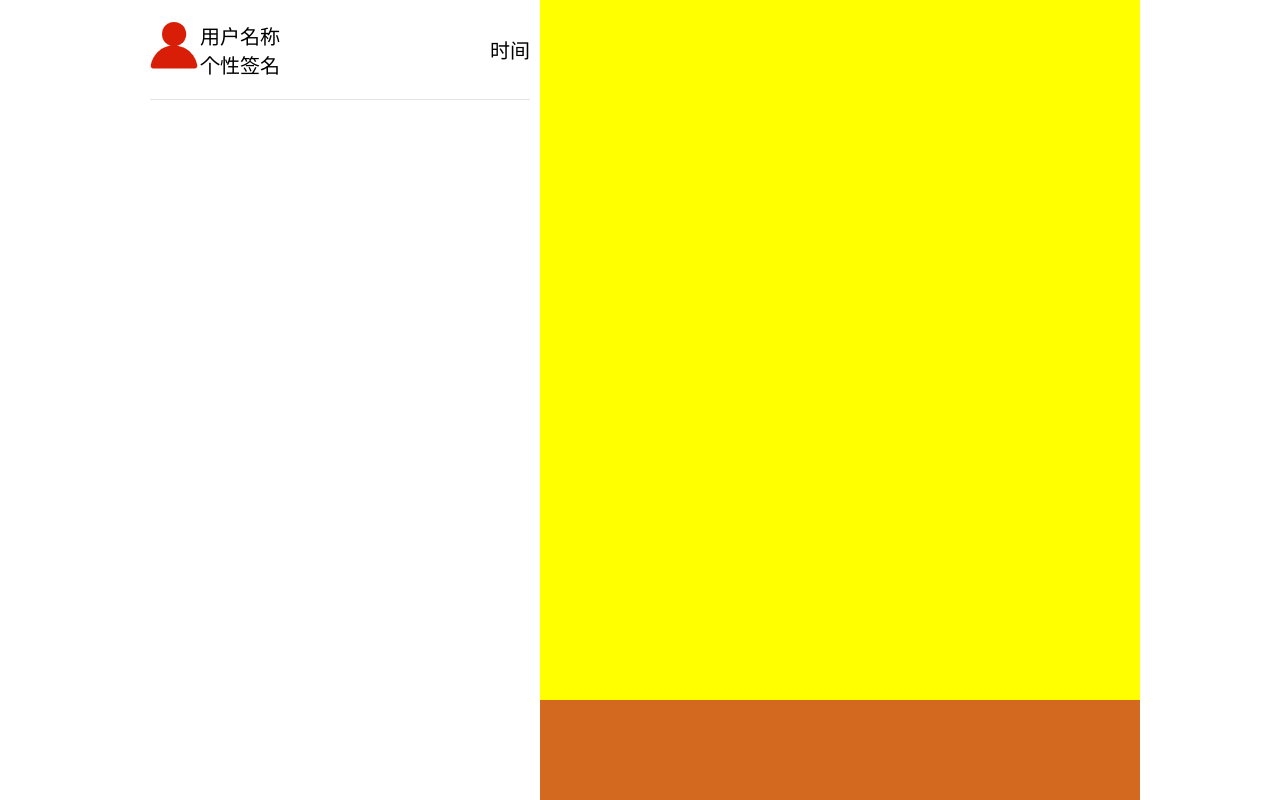
Repository: jinggegeZ/livechat
Page: /
An editor plug-in stored every save of this project. The page is shown before and after the next save, followed by the edit.
The browser window is 1280 px wide. The pictures show the whole page.
The project was rebuilt for these pictures with package versions that can differ from the ones it lists, and the page was loaded fresh each time.

Above is the page before, as saved 2020-08-17 11:09:55.

After the next save:
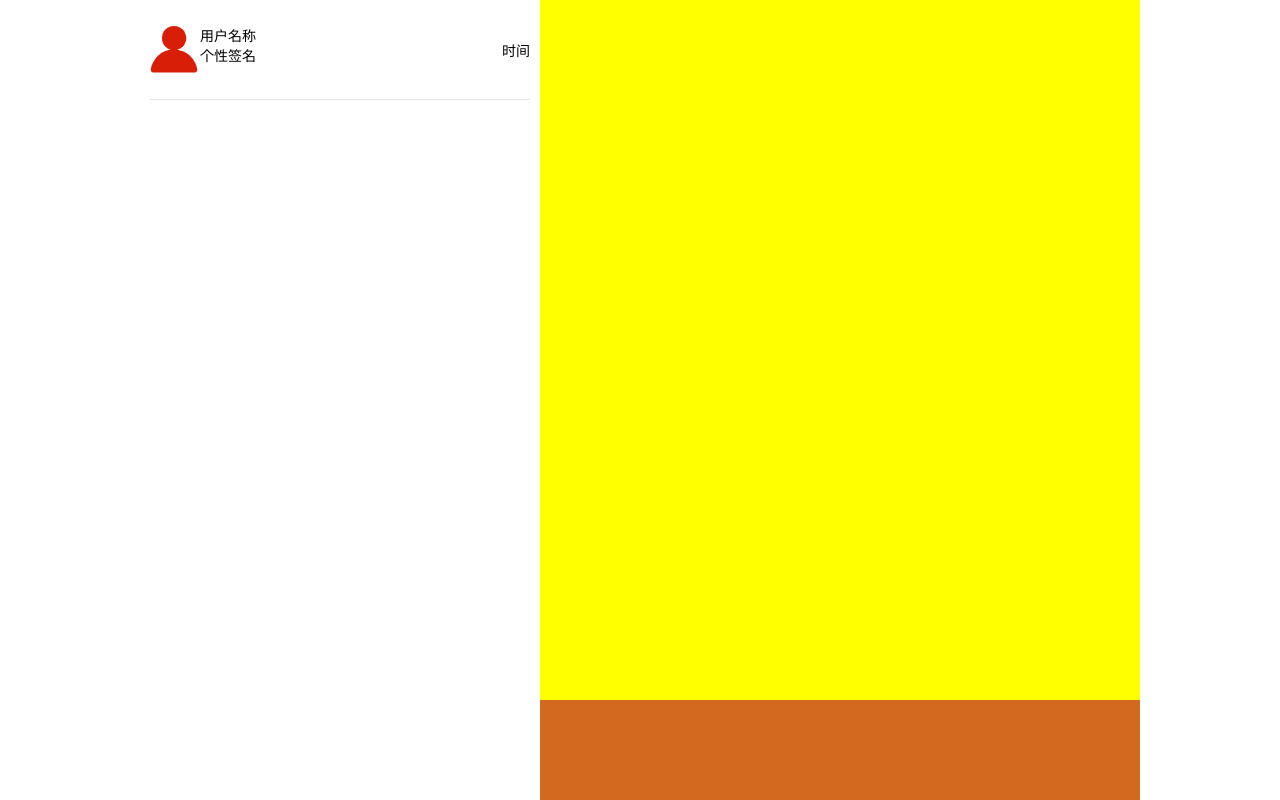
Saved 8 s later.
--- a/src/views/Home.vue
+++ b/src/views/Home.vue
@@ -50,7 +50,7 @@ export default {
   width: 100%;
   display: flex;
   justify-content: center;
-  font-size: 20px;
+  font-size: 14px;
 }
 .content-c {
   width: 95%;
